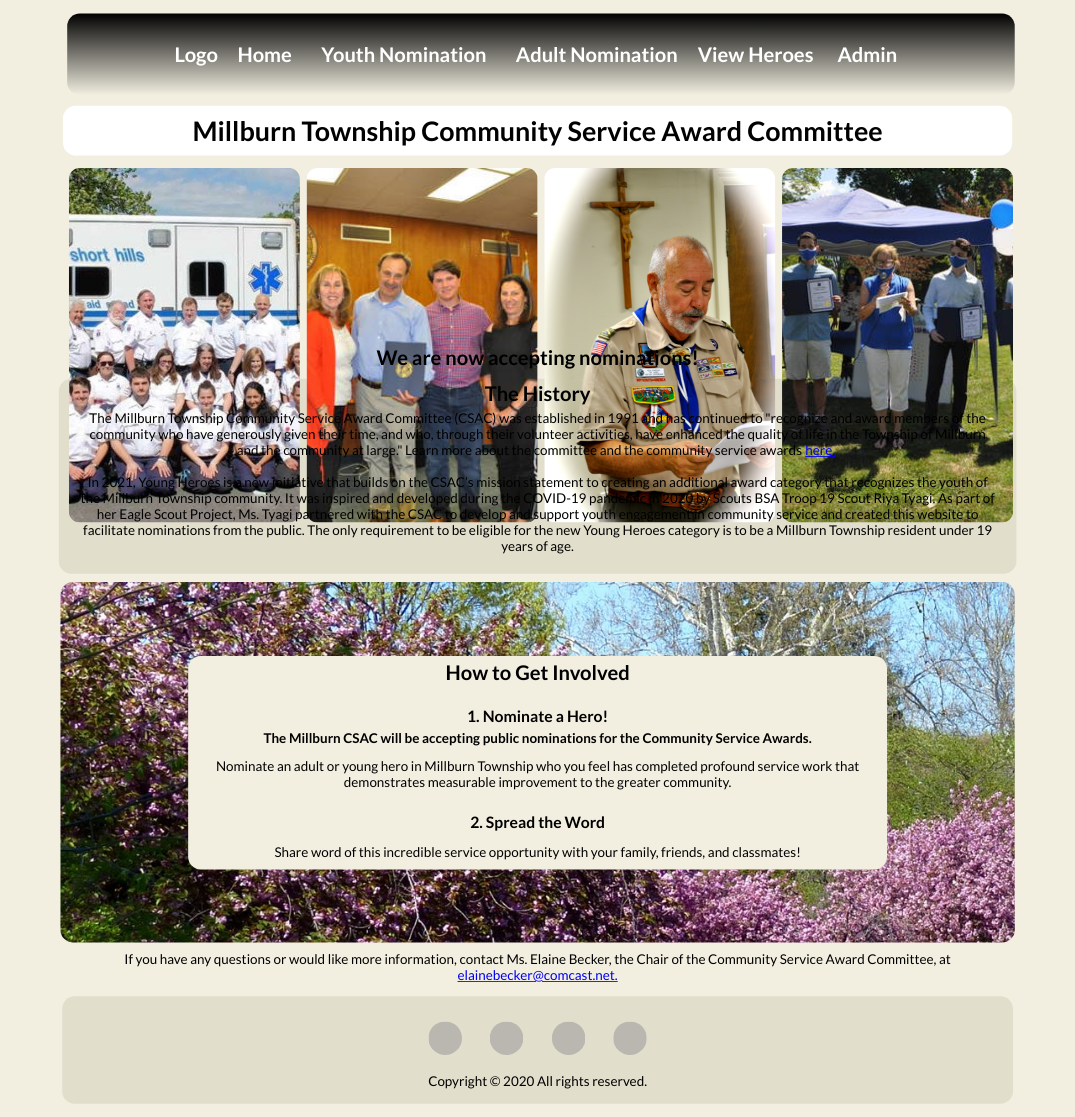
Repository: Centrattic/Young-Heroes-Website
Page: http://localhost/Frontend/home.php
The author's editor kept a copy of each file at every save. The page is drawn from the files as they stood at one save, then again after the next save.
The browser window is 1280 px wide. The pictures show the whole page, at 84% of full size.
Pictures or frames that could not be fetched are drawn as grey boxes. The page is run by PHP 8.4 with error messages shown; the project is at /var/www/html/.

Above is the page before, as saved 2020-12-09 15:51:26.

After the next save:
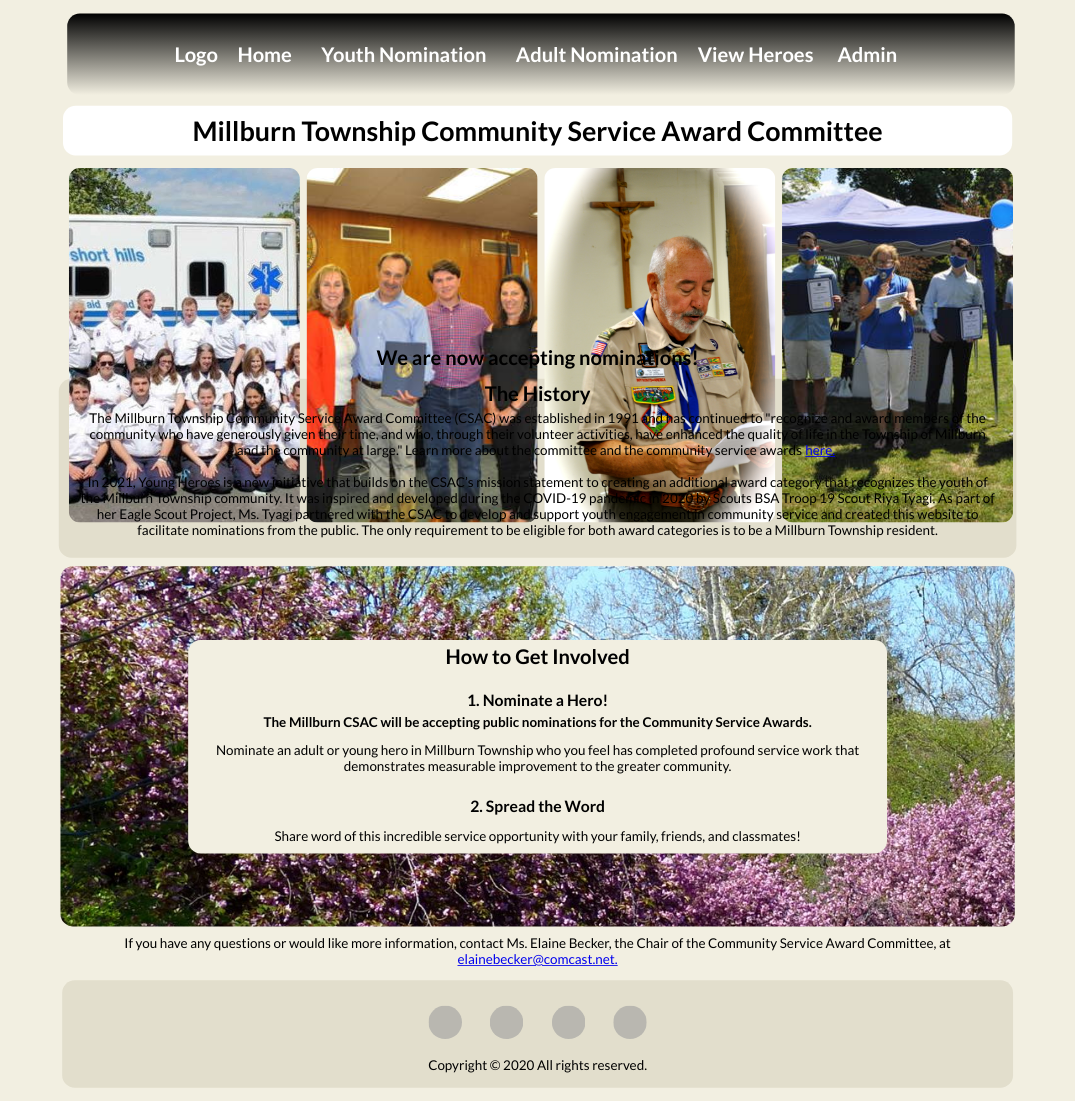
Saved 25 s later.
--- a/Eagle Project/Frontend/home.php
+++ b/Eagle Project/Frontend/home.php
@@ -92,7 +92,7 @@ require '../Backend/dbhconnect.php';
         Learn more about the committee and the community service awards<a href = "https://twp.millburn.nj.us/188/Community-Service-Award-Committee">here.</a>
         <br> <br>In 2021, Young Heroes is a new initiative that builds on the CSAC’s mission statement to creating an additional award category that recognizes the youth of the Millburn Township community.
          It was inspired and developed during the COVID-19 pandemic in 2020 by Scouts BSA Troop 19 Scout Riya Tyagi. As part of her Eagle Scout Project, Ms. Tyagi partnered with the CSAC to develop and support
-          youth engagement in community service and created this website to facilitate nominations from the public. The only requirement to be eligible for the new Young Heroes category is to be a Millburn Township resident under 19 years of age.
+          youth engagement in community service and created this website to facilitate nominations from the public. The only requirement to be eligible for both award categories is to be a Millburn Township resident.
       </p>
     </div>
 
